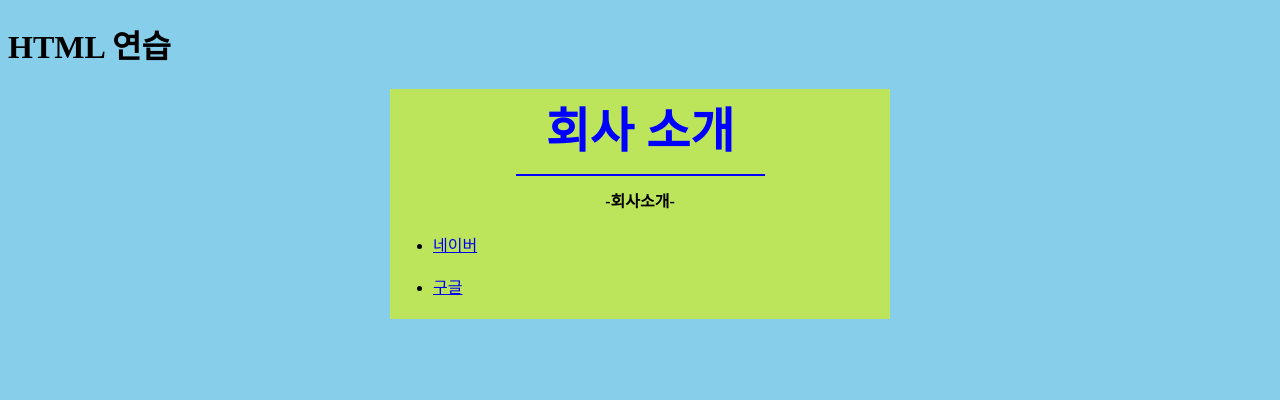
Repository: leeseungho1994/test09
Page: html/NewFile.html
These files come from the project's save history. The page is drawn as it stood at one moment and after the next save; the edit follows.
The browser window is 1280 px wide. The pictures show the whole page.

Above is the page before, as saved 2020-10-29 09:08:53.

### html/NewFile.html
<!DOCTYPE html>
<html>
<head>
<meta charset="UTF-8">
<title>Insert title here</title>
</head>
<body style="background-color: skyblue;">
	<h1>HTML 연습</h1>
	<table style="background-color: #BCE55C;" align="center" width="500">
		<tr>
			<th><font size="7" face="궁서체" color="blue">회사 소개</font></th>

		</tr>
		<tr>
			<th><hr width="50%" align="center" color="blue"></th>
		</tr>
		<tr>
			<th>-회사소개-</th>
		</tr>
		<tr>
			<td><ul>
					<li><a href="https://www.naver.com/">네이버</a></li><br>
					<li><a href="https://www.google.co.kr/">구글</a></li>
				</ul>
				</td>
		</tr>
		<tr>

		</tr>
	</table>
</body>
</html>

After the next save:
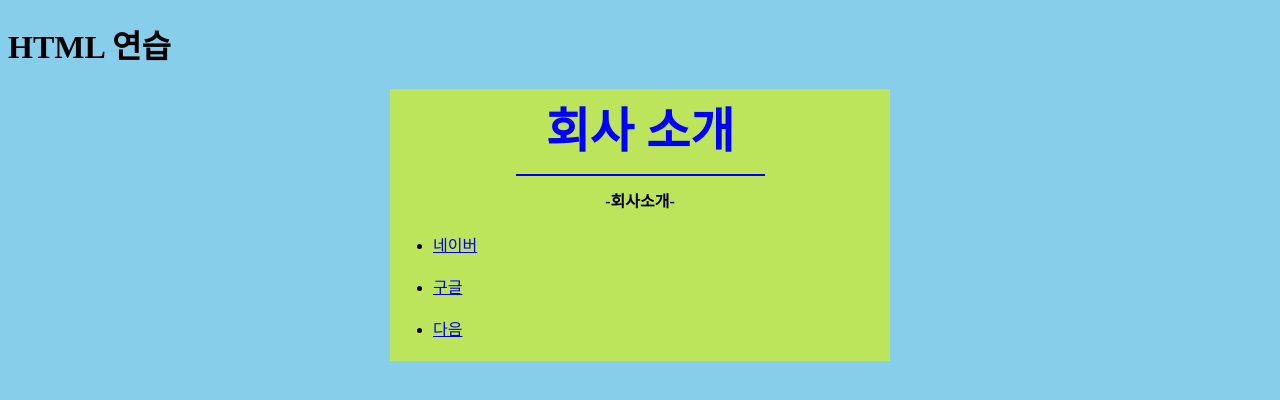
Saved 37 s later.
--- a/html/NewFile.html
+++ b/html/NewFile.html
@@ -20,7 +20,8 @@
 		<tr>
 			<td><ul>
 					<li><a href="https://www.naver.com/">네이버</a></li><br>
-					<li><a href="https://www.google.co.kr/">구글</a></li>
+					<li><a href="https://www.google.co.kr/">구글</a></li><br>
+					<li><a href="https://www.google.co.kr/">다음</a></li>
 				</ul>
 				</td>
 		</tr>
